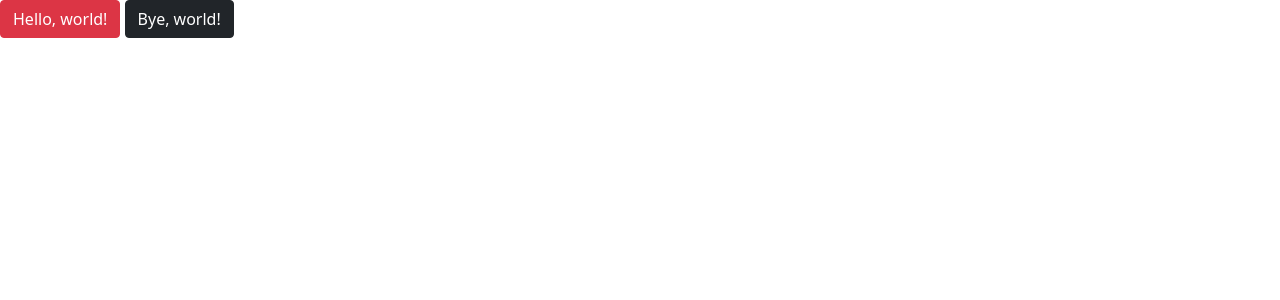
Repository: mobey3/JspProject
Page: http://localhost/JS_JSP/
An editor plug-in stored every save of this project. The page is shown before and after the next save, followed by the edit.
The browser window is 1280 px wide. The pictures show the whole page.
The page is served by Tomcat 9.

Above is the page before, as saved 2021-07-20 01:32:35.

After the next save:
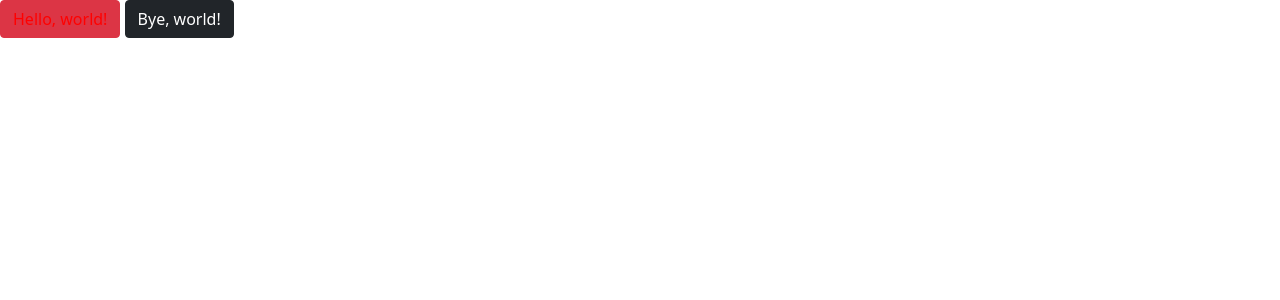
Saved 115 s later.
--- a/0720/JS_JSP/src/main/webapp/index.jsp
+++ b/0720/JS_JSP/src/main/webapp/index.jsp
@@ -11,6 +11,12 @@
     <link href="https://cdn.jsdelivr.net/npm/bootstrap@5.0.2/dist/css/bootstrap.min.css" rel="stylesheet" integrity="sha384-EVSTQN3/azprG1Anm3QDgpJLIm9Nao0Yz1ztcQTwFspd3yD65VohhpuuCOmLASjC" crossorigin="anonymous">
 
     <title>Hello, world!</title>
+    <style>
+    	#Hello {
+    	color : red;
+    	}
+
+    </style>
   </head>
   <body>
     <h1 id = "Hello" class="btn btn-danger">Hello, world!</h1>
